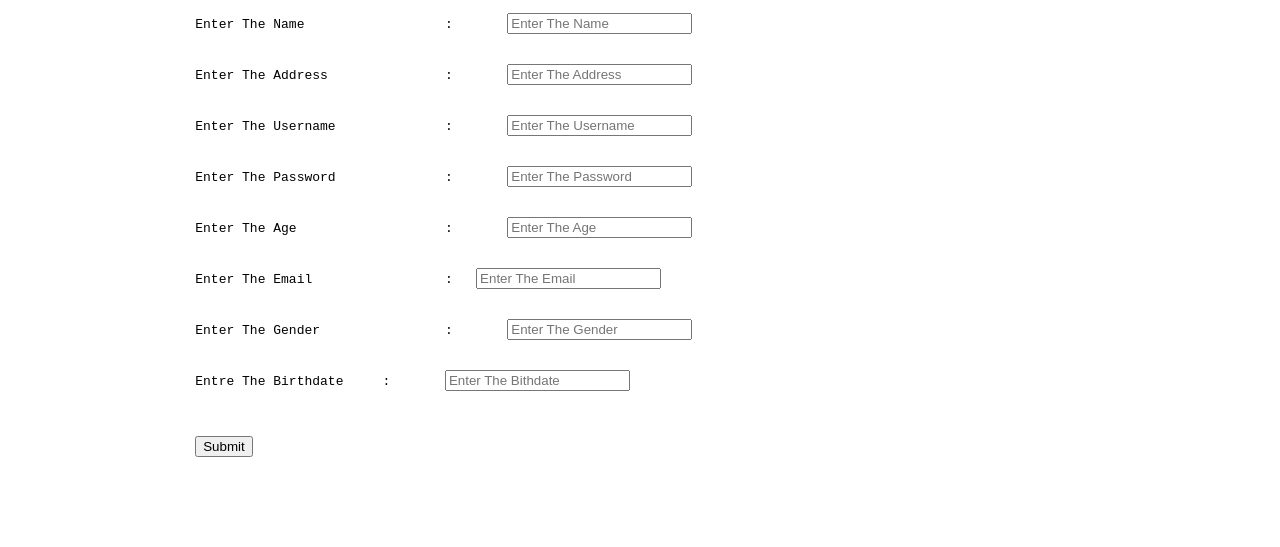
Repository: pankajpasalkar9547/Backup
Page: http://localhost/HealthInsuranceProjects/userRegister.jsp
The author's editor kept a copy of each file at every save. The page is drawn from the files as they stood at one save, then again after the next save.
The browser window is 1280 px wide. The pictures show the whole page.
The page is served by Tomcat 9. Other server files are loaded and not shown.

Above is the page before, as saved 2019-12-05 06:37:42.

### HealthInsuranceProjects/WebContent/userRegister.jsp
<%@ page language="java" contentType="text/html; charset=ISO-8859-1"
    pageEncoding="ISO-8859-1"%>
<!DOCTYPE html>
<html>
<head>
<meta charset="ISO-8859-1">
<title>Insert title here</title>
</head>
<body>
	<form action="CustomerController" method="post">
		<pre>
			Enter The Name 			:	<input type="text" name="name" placeholder="Enter The Name "/><br><br>
			Enter The Address 		:	<input type="text" name="address" placeholder="Enter The Address "/><br><br>
			Enter The Username 		: 	<input type="text" name="username" placeholder="Enter The Username "/><br><br>
			Enter The Password 		:	<input type="text" name="password" placeholder="Enter The Password "/><br><br>
			Enter The Age 			: 	<input type="number" name="age" placeholder="Enter The Age "/><br><br>
			Enter The Email 		:   <input type="email" name="email" placeholder="Enter The Email "/><br><br>
			Enter The Gender 		:	<input type="text" name="gender" placeholder="Enter The Gender "/><br><br>
			Entre The Birthdate 	:	<input type="text" name="birthdate" placeholder="Enter The Bithdate "/><br><br>

			<input type="submit" value="Submit"/>
		</pre>
	</form>
</body>
</html>

After the next save:
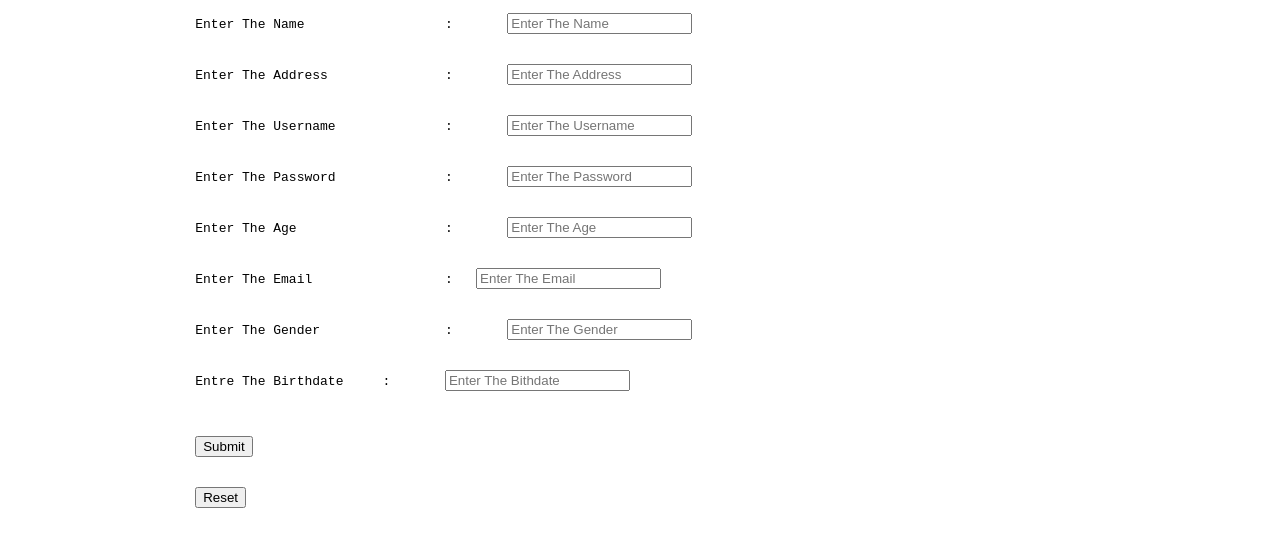
Saved 36 s later.
--- a/HealthInsuranceProjects/WebContent/userRegister.jsp
+++ b/HealthInsuranceProjects/WebContent/userRegister.jsp
@@ -18,7 +18,8 @@
 			Enter The Gender 		:	<input type="text" name="gender" placeholder="Enter The Gender "/><br><br>
 			Entre The Birthdate 	:	<input type="text" name="birthdate" placeholder="Enter The Bithdate "/><br><br>
 
-			<input type="submit" value="Submit"/>
+			<input type="submit" value="Submit"/><br><br>
+			<input type="reset" value="Reset">
 		</pre>
 	</form>
 </body>
